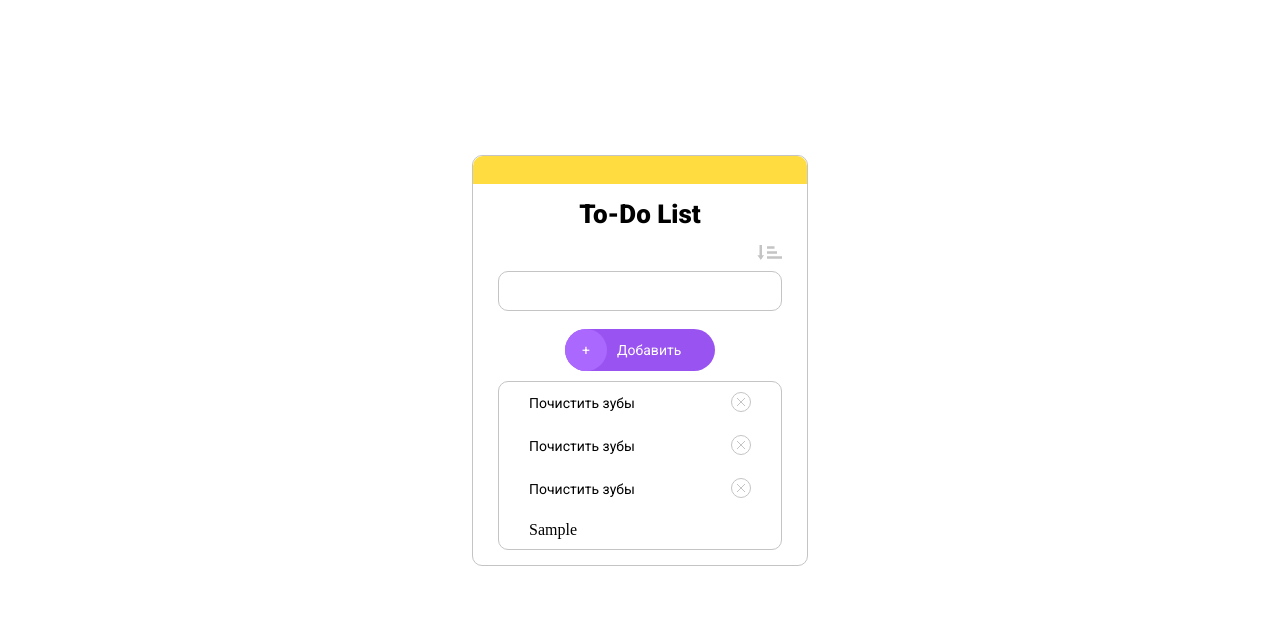
Repository: PoladEziz/Task-15
Page: index.html
An editor plug-in stored every save of this project. The page is shown before and after a run of saves, followed by the edit.
The browser window is 1280 px wide. The pictures show the whole page.
Empty fields were first filled with sample values (such as "Sample", 5 or name@example.com).
After loading, the first visible `button.add-btn` was clicked once.
The style sheet was rebuilt from its Sass, Less or Tailwind sources for each picture, by a compiler version that may differ from the author's.

Above is the page before, as saved 2023-08-10 16:07:23.

### index.html
<!DOCTYPE html>
<html lang="en">
<head>
    <meta charset="UTF-8">
    <meta name="viewport" content="width=device-width, initial-scale=1.0">
    <title>Document</title>
    <link rel="stylesheet" href="./index.css">
</head>
<body>
    <div class="main">
        <div class="box">
            <div class="box-top"></div>
            <div class="box-bottom">
                <h1>To-Do List</h1>
                <form action="">
                    <img src="./img/Group 38 (1).png" alt="">
                    <input type="text">
                    <button class="add-btn"><div>+</div><p>Добавить</p></button>
              <span> Zehmet olmasa deyer elave edin</span>
                </form>
                <ul>
                    <li>
                        <p>Почистить зубы</p>
                        <button class="remove-btn">
                            <svg xmlns="http://www.w3.org/2000/svg" width="20" height="20" viewBox="0 0 20 20" fill="none">
                                <rect x="0.5" y="0.5" width="19" height="19" rx="9.5" stroke="#C4C4C4"/>
                                <path d="M6 6L14 14" stroke="#C4C4C4"/>
                                <path d="M6 14L14 6" stroke="#C4C4C4"/>
                                </svg>
                        </button>
                    </li>
                    <li>
                        <p>Почистить зубы</p>
                        <button class="remove-btn">
                            <svg xmlns="http://www.w3.org/2000/svg" width="20" height="20" viewBox="0 0 20 20" fill="none">
                                <rect x="0.5" y="0.5" width="19" height="19" rx="9.5" stroke="#C4C4C4"/>
                                <path d="M6 6L14 14" stroke="#C4C4C4"/>
                                <path d="M6 14L14 6" stroke="#C4C4C4"/>
                                </svg>
                        </button>
                    </li>   <li>
                        <p>Почистить зубы</p>
                        <button class="remove-btn">
                            <svg xmlns="http://www.w3.org/2000/svg" width="20" height="20" viewBox="0 0 20 20" fill="none">
                                <rect x="0.5" y="0.5" width="19" height="19" rx="9.5" stroke="#C4C4C4"/>
                                <path d="M6 6L14 14" stroke="#C4C4C4"/>
                                <path d="M6 14L14 6" stroke="#C4C4C4"/>
                                </svg>
                        </button>
                    </li>
                </ul>

            </div>
        </div>
    </div>

</body>
<script src="./index.js"></script>
</html>

### index.js
let input = document.querySelector("input");
let addBtn = document.querySelector(".add-btn");
let ul = document.querySelector("ul");
let errorMsj = document.querySelector("span");
addBtn.addEventListener("click", addList);

function addList(e) {
  e.preventDefault();
  console.log(input.value);
  if (input.value) {
    errorMsj.style.display = "none";
    let li = document.createElement("li");
    li.innerText = input.value;
    ul.style.display = "flex";
    ul.append(li);





    input.value = "";
  } else {
    errorMsj.style.display = "inline";
  }
}

### index.scss
@import url("https://fonts.googleapis.com/css2?family=Roboto:wght@400;900&display=swap");
* {
  margin: 0;
  padding: 0;
  box-sizing: border-box;
}
.main {
  width: 100%;
  height: 100vh;
  display: flex;
  align-items: center;
  justify-content: center;
  .box {
    width: 336px;
    /* min-height: 236px; */
    border-radius: 10px;
    border: 1px solid #c4c4c4;
    background: rgba(196, 196, 196, 0);
    .box-top {
      width: 100%;
      height: 28px;
      background-color: #ffdc40;
      border-top-left-radius: 10px;
      border-top-right-radius: 10px;
    }
    .box-bottom {
      width: 100%;
      padding: 15px 25px;

      h1 {
        margin-bottom: 16px;
        color: #000;
        text-align: center;
        font-family: Roboto;
        font-size: 26px;
        font-style: normal;
        font-weight: 900;
        line-height: normal;
        text-transform: capitalize;
      }
      form {
        display: flex;
        flex-direction: column;
        align-items: center;
        img {
          width: 25px;
          height: 15px;
          margin-left: auto;
          margin-bottom: 11px;
        }
        input {
          width: 100%;
          height: 40px;
          padding-left: 10px;
          padding-right: 10px;
          margin-bottom: 18px;
          border-radius: 10px;
          border: 1px solid #c4c4c4;
          background: rgba(196, 196, 196, 0);
          color: #000;
          font-family: Roboto;
          font-size: 14px;
          font-style: normal;
          font-weight: 400;
          line-height: normal;
        }
        button {
          width: 150px;
          height: 42px;
          background-color: #9953f1;
          border: none;
          border-radius: 71px;
          display: flex;
          align-items: center;
          p {
            margin-left: 10px;
            color: #ffff;
            text-align: center;
            font-family: Roboto;
            font-size: 14px;
            font-style: normal;
            font-weight: 400;
            line-height: normal;
          }
          div {
            width: 42px;
            height: 42px;
            border-radius: 50%;
            display: flex;
            align-items: center;
            justify-content: center;
            color: #fff;
            text-align: center;
            font-family: Roboto;
            font-size: 14px;
            font-style: normal;
            font-weight: 400;
            line-height: normal;
            background-color: #aa68fe;
          }
        }
        span{
          margin-top: 10px;
          color: red;
          font-family: Roboto;
          font-size: 14px;
          font-style: normal;
          font-weight: 400;
          line-height: normal;
          display: none;
        }
      }
      ul {
        margin-top: 10px;
        padding: 10px 30px;
        border-radius: 10px;
        border: 1px solid #c4c4c4;
        background: rgba(196, 196, 196, 0);
        display: flex;
        flex-direction: column;
        gap: 20px;
        /* display: none; */
        li {
          list-style-type: none;
          display: flex;
          justify-content: space-between;
          align-items: center;
          p{
            color: #000;
            font-family: Roboto;
            font-size: 14px;
            font-style: normal;
            font-weight: 400;
            line-height: normal;
          }
.remove-btn{
  border: none;
  background: none;
}
        }
      }
    }
  }
}

After the next 6 saves:
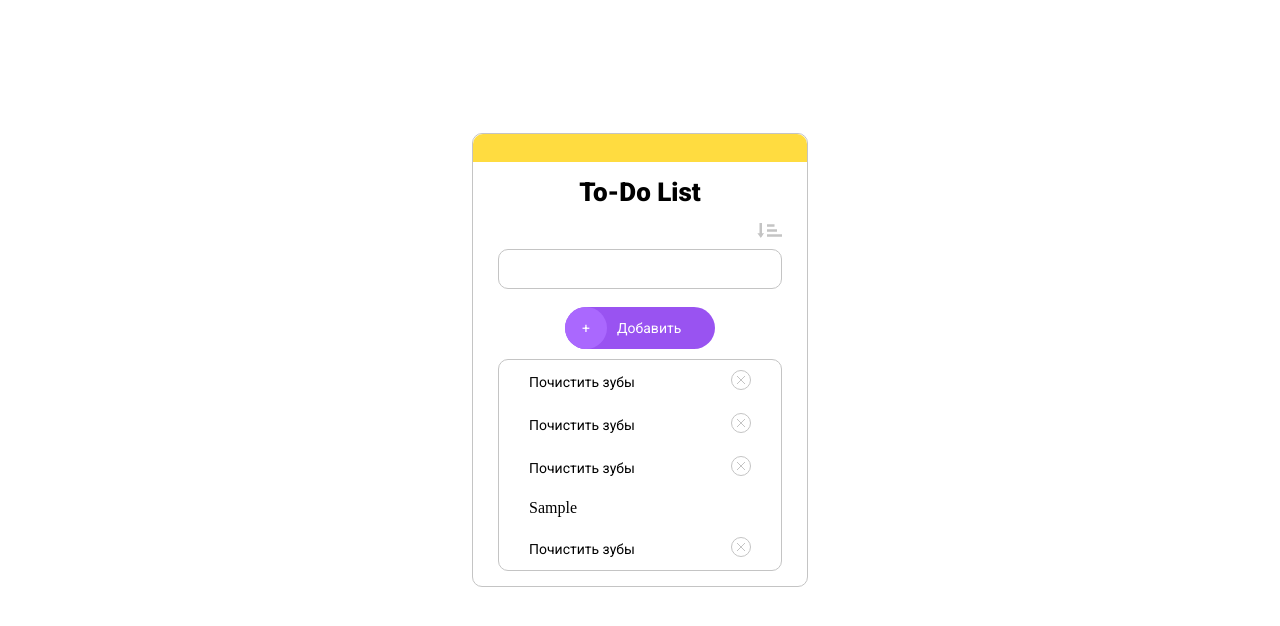
The 6 saves are shown as one change because they came seconds apart.
The last was saved 14 s later.
--- a/index.js
+++ b/index.js
@@ -16,7 +16,18 @@ function addList(e) {
 
 
 
-
+ul.innerHTML+=`
+<li>
+<p>Почистить зубы</p>
+<button class="remove-btn">
+    <svg xmlns="http://www.w3.org/2000/svg" width="20" height="20" viewBox="0 0 20 20" fill="none">
+        <rect x="0.5" y="0.5" width="19" height="19" rx="9.5" stroke="#C4C4C4"/>
+        <path d="M6 6L14 14" stroke="#C4C4C4"/>
+        <path d="M6 14L14 6" stroke="#C4C4C4"/>
+        </svg>
+</button>
+</li>
+`
 
     input.value = "";
   } else {
